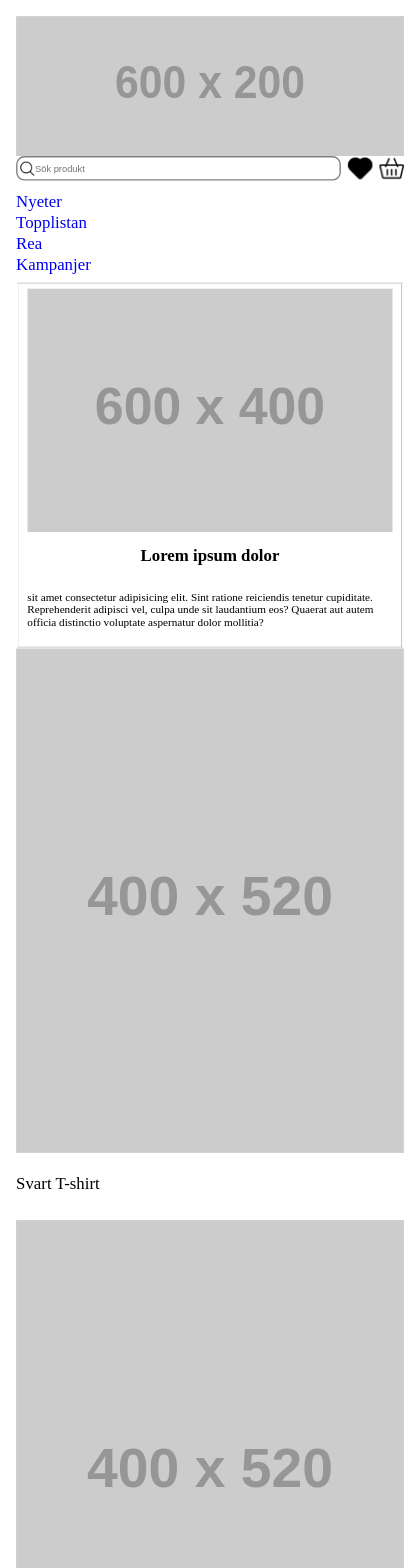
Repository: Kalle1995/project
Page: index.html
An editor plug-in stored every save of this project. The page is shown before and after the next save, followed by the edit.
The browser window is 600 px wide. The pictures show the part of the page from y = 0 to 2240 px (the page is 7518 px tall), at 70% of full size.

Above is the page before, as saved 2024-10-05 21:57:40.

### index.html
<!DOCTYPE html>
<html lang="sv">

<head>
  <meta charset="UTF-8" />
  <meta name="viewport" content="width=device-width, initial-scale=1.0" />
  <title>Freaky Fashion</title>

  <link rel="stylesheet" href="main.css" />
</head>

<body>
  <header>
    <section>
      <div class="wholeHead">
        <img src="https://placehold.co/600x200 " width="600" height="200" alt="icon" class="icon" />

        <div class="searchAndIcons">
          <input type="search" placeholder="Sök produkt" class="search">
          <div class="headIcons">
            <a href="#"><img src="bilder/full heart.png" alt="favourite"></a>
            <a href="#"><img src="bilder/cart.png" alt="cart"></a>
          </div>
        </div>
      </div>

      <!-- jag behöver fixa att man kan sriva och iconen förvinner -->
      <!-- om, jag har div för input typ så den ta hela raden -->

      <div>
        <nav class="NavList">
          <ul>
            <li class="nav-list-item"><a href="#">Nyeter</a></li>
            <li class="nav-list-item hide-on-mobile ejnav"><a href="#">Kategoroer</a></li>
            <li class="nav-list-item"><a href="#">Topplistan</a></li>
            <li class="nav-list-item"><a href="#">Rea</a></li>
            <li class="nav-list-item"><a href="#">Kampanjer</a></li>
          </ul>
        </nav>
      </div>

      <!-- <dl> och <dt> använda man i detta falet  -->

    </section>
  </header>

  <main>
    <section class="mid">
      <article>
        <fieldset class="head">
          <img class="head-image" src="https://placehold.co/600x400" alt="" class="loremPic">
          <div>
            <h2 class="head-title">Lorem ipsum dolor</h2>
            <p class="head-text">
              <br>sit amet consectetur adipisicing elit. Sint ratione reiciendis tenetur cupiditate. Reprehenderit
              adipisci
              vel, culpa unde sit laudantium eos? Quaerat aut autem officia distinctio voluptate aspernatur dolor
              mollitia?
            </p>
          </div>
        </fieldset>
      </article>
    </section>
    <section class="products">
      <!-- grid container -->
      <div class="product">
        <!-- <img src="bilder/full heart.png" alt=""> -->
        <img class="product-pic" src="https://placehold.co/400x520/png?text=Black+T-shirt" alt="Svart T-shirt" />
        <p>Svart T-shirt</p>
      </div>

      <div class="product">
        <img class="product-pic" src="https://placehold.co/400x520/png?text=Red+T-shirt" alt="" />
        <p>Röd T-shirt</p>
      </div>

      <div class="product">
        <img class="product-pic" src="https://placehold.co/400x520/png?text=Green+T-shirt" alt="" />
        <p>Grön T-shirt</p>
      </div>

      <div class="product">
        <img class="product-pic" src="https://placehold.co/400x520/png?text=Gul+T-shirt" alt="" />
        <p>Gul T-shirt</p>

      </div>

      <div class="product">
        <img class="product-pic" src="https://placehold.co/400x520/png?text=Red+T-shirt" alt="">
        <p>Röd T-shirt</p>
      </div>

      <div class="product">
        <img class="product-pic" src="https://placehold.co/400x520/png?text=Red+T-shirt" alt="">
        <p>Röd T-shirt</p>
      </div>

      <div class="product">
        <img class="product-pic" src="https://placehold.co/400x520/png?text=Red+T-shirt" alt="">
        <p>Röd T-shirt</p>
      </div>

      <div class="product">
        <img class="product-pic" src="https://placehold.co/400x520/png?text=Red+T-shirt" alt="">
        <p>Röd T-shirt</p>
      </div>
    </section>
  </main>

  <br>

  <footer>
    <div class="Company">&copy; Freaky Fashion</div>
  </footer>
</body>

</html>

### main.css
body {
    padding: 15px;
    font-size: 2em;
    display: grid;

}


.head-title {
    text-align: center;
}

.products {
    display: grid;
    gap: 15px;
}

ul {
    list-style-type: none;
    margin: 0;
    padding: 0;

}

.search {
    border: 2px solid gray;
    border-radius: 12px;
    padding: 5px;
    display: inline;
    background-image: url(bilder/search.png);
    background-repeat: no-repeat;
    background-position: 4px;
    padding-left: 25px;

}

.NavList {
    display: block;
    padding-bottom: 10px;
    padding-top: 10px;

}

.hide-on-mobile {
    display: none;
}

.nav-list-item {
    a {
        text-decoration: none;
    }
}

.product-pic {
    width: 100%;
    height: auto;
}

.head {
    display: flex;
    flex-direction: column;
}

.head-image {
    width: 100%;
}

.wholeHead {
    display: flex;
    flex-direction: row;
}

.searchAndIcons {
    display: flex;
    flex-direction: row;
}

.search {
    height: 30px;
    width: 400px;
    margin-right: 10px;
}

.headIcons {
    display: flex;
    gap: 10px;

    img {
        height: 30px;
    }
}

@media (max-width: 640px) {
    .mid {
        position: relative;
        display: block;
        font-size: medium;
    }

    li {
        margin-bottom: 3px;
    }

    .icon {
        width: 100%;
    }

    .wholeHead {
        flex-direction: column;
    }

    .search {
        height: 35px;
        width: 100%;
    }

    .headIcons {
        img {
            height: 35px;
        }
    }
}

@media (min-width: 640px) {
    .products {
        grid-template-columns: repeat(2, 1fr);
    }

    .mid {
        position: relative;
        display: block;
        font-size: large;
    }
}

body {
    font-size: 1.5em;
}

@media (min-width: 1024px) {
    .products {
        grid-template-columns: repeat(4, 1fr);
    }

    body {
        font-size: 1em;
    }

    .listan {
        display: flex;
    }

    li {
        display: inline;
        margin-right: 5px;
    }

    .hide-on-mobile {
        display: inline-block;
    }

    .head {
        flex-direction: row-reverse;
    }
}





/*
    @media (max-width:1024px) {
        .ejnav {
            display: none;
        }

      }
*/



/*
      @media print {
        body {
            font-size: 4em;
        }
        img {
            display: none;
        }
      }
*/



/*
här för Nyproduckt sidan
*/


header>h3 {
    position: absolute;
    left: 10px;
    bottom: auto;
}

.vänster {
    display: grid;
    grid-template-rows: 100%;
    background-color: gray;
}


.liggTill {
    hero-text button: hover
}


/*
kassa sidan
*/

.kassa {
    text-align: center;

}






.buy>button {
    display: grid;
    align-items: center;
    width: 80px;
    height: 30px;
    background-color: rgb(255, 255, 255);
    margin-left: 50%;
    font-weight: bold;
    border-radius: 10px;

}


.no-space {
    margin: 0;
    padding: 0;
    border: none;
    border-top: 1px solid black;
    /* Valfri färg eller stil på linjen */
}


.omOss {
    padding: 15px;
    background-color: rgb(207, 206, 206)
}

.list-container {
    display: inline-flex;
    justify-content: space-between;
    /* Ser till att listorna sprids ut jämnt */
    gap: 150px;
    /* Mellanrum mellan listorna */
}

.list {
    flex: 1;
    /* Gör att listorna tar upp lika mycket plats */
    padding-left: 15px;
}

.list h3 {
    margin-bottom: 20px;
}

.list li {
    list-style-type: none;
    /* ingen punkter i listan */
    padding: 0;
}

.list li ul {
    margin-bottom: 10px;
}




/*
Administration
*/

.AD {
    width: 115%;
    padding-left: 15px;
    margin-left: -25px;
    margin-top: -25px;
    float: left;
    font-style: normal;
    background-color: rgb(0, 0, 0);
    position: relative;
    display: flex;
    color: white;
}

.PR {
    background-color: rgb(209, 209, 208);
    height: auto;
    margin-left: -25px;
    padding-left: 20px;
    margin-right: auto;
    padding-right: 70px;
    padding-top: 15px;
    font-weight: bold;
    position: relative;
}

.AR {
    position: relative;
    ;
    left: 200px;
    top: -40px;

}













/*

.Company{
    text-align: center;
    bottom: auto;
}

After the next save:
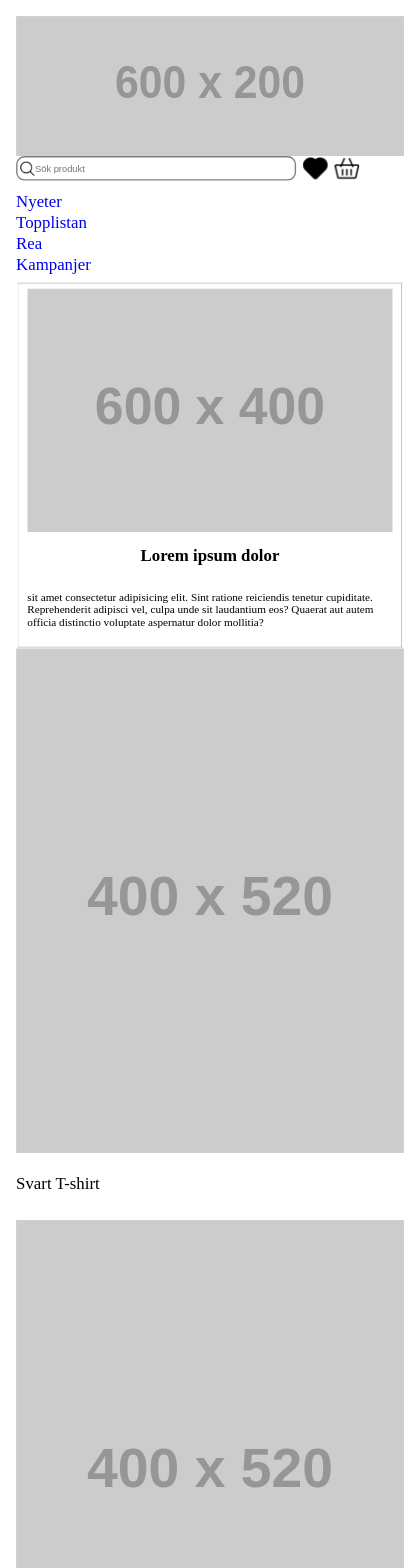
Saved 15 min 41 s later.
--- a/main.css
+++ b/main.css
@@ -112,6 +112,7 @@ ul {
     .search {
         height: 35px;
         width: 100%;
+        max-width: 400px;
     }
 
     .headIcons {
